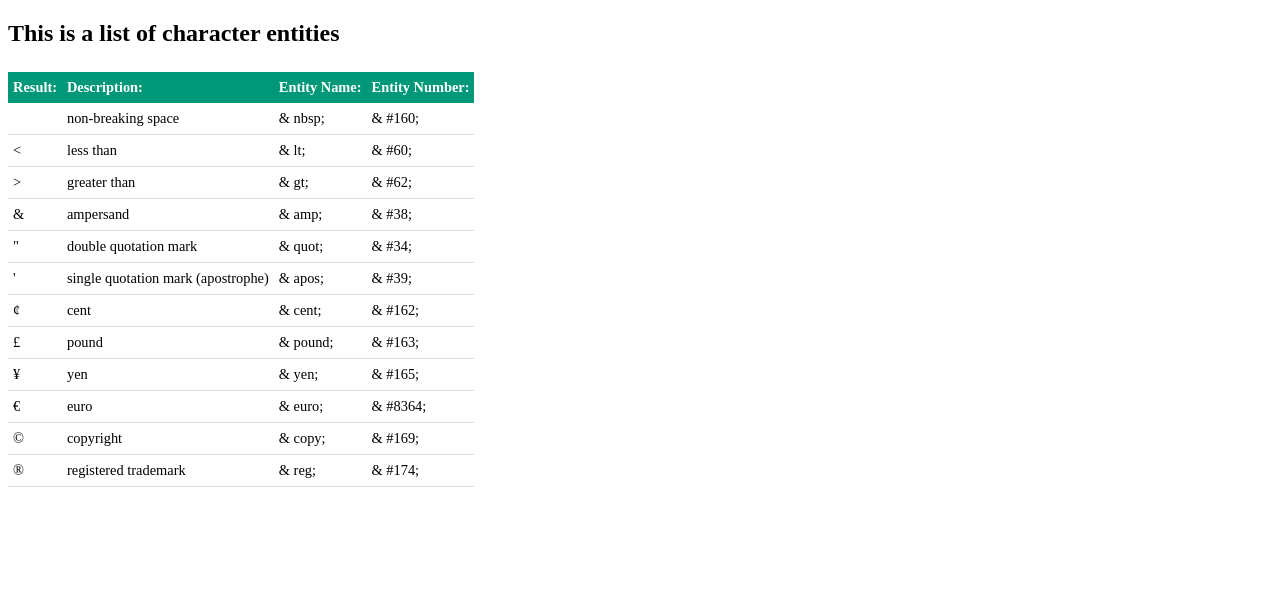
Repository: linas-dev/HTML-CSS-Projects
Page: Basic_HTML_and_CSS/Basic_HTML_5.html
The author's editor kept a copy of each file at every save. The page is drawn from the files as they stood at one save, then again after the next save.
The browser window is 1280 px wide. The pictures show the whole page.

Above is the page before, as saved 2021-05-30 11:15:56.

### Basic_HTML_and_CSS/Basic_HTML_5.html
<!DOCTYPE html>
<html lang="en">
<head>
    <meta charset="UTF-8">
    <meta http-equiv="X-UA-Compatible" content="IE=edge">
    <meta name="viewport" content="width=device-width, initial-scale=1.0">
    <link rel="stylesheet" href="Basic_CSS_2.css">
    <title>Document</title>
</head>
<body>

    <h2>This is a list of character entities</h2>

    <table class="table">
        <thead>
            <td>Result:</td>
            <td>Description: </td>
            <td>Entity Name:</td>
            <td>Entity Number:</td>
        </thead>
        <tbody>
            <tr>
                <td></td>
                <td>non-breaking space</td>
                <td>& nbsp;</td>
                <td>& #160;</td>
            </tr>
            <tr>
                <td><</td>
                <td>less than</td>
                <td>& lt;</td>
                <td>& #60;</td>
            </tr>
            <tr>
                <td>></td>
                <td> greater than</td>
                <td> & gt;</td>
                <td> & #62;</td>
            </tr>
            <tr>
                <td>&</td>
                <td> ampersand</td>
                <td> & amp;</td>
                <td> & #38;</td>
            </tr>
            <tr>
                <td>"</td>
                <td> double quotation mark</td>
                <td> & quot;</td>
                <td> & #34;</td>
            </tr>
            <tr>
                <td>'</td>
                <td> single quotation mark (apostrophe)</td>
                <td> & apos;</td>
                <td> & #39;</td>
            </tr>
            <tr>
                <td>¢</td>
                <td> cent</td>
                <td> & cent;</td>
                <td> & #162;</td>
            </tr>
            <tr>
                <td>£</td>
                <td> pound</td>
                <td> & pound;</td>
                <td> & #163;</td>
            </tr>
            <tr>
                <td>¥</td>
                <td> yen</td>
                <td> & yen;</td>
                <td> & #165;</td>
            </tr>
            <tr>
                <td>€</td>
                <td> euro</td>
                <td> & euro;</td>
                <td> & #8364;</td>
            </tr>
            <tr>
                <td>©</td>
                <td> copyright</td>
                <td> & copy;</td>
                <td> & #169;</td>
            </tr>
            <tr>
                <td>®</td>
                <td> registered trademark</td>
                <td> & reg;</td>
                <td> & #174;</td>
            </tr>
        </tbody>
    </table>

</body>
</html>

### Basic_HTML_and_CSS/Basic_CSS_2.css
p {
    color: #2E5757;
    background: #F0DFEE;
    font-weight: bolder;
    text-align: right;
}

.table {
    border-collapse: collapse;
    margin: 25px 0;
    font-size: 0.9em;
    min-width: 400px;
}

.table thead tr {
    background-color: #009879;
    color: #fff;
    text-align: left;
    font-weight: bold;
}

.table th, .table td {
    padding: 7px 5px;
}

.table tbody tr {
    border-bottom: 1px solid #dddddd;
}

After the next save:
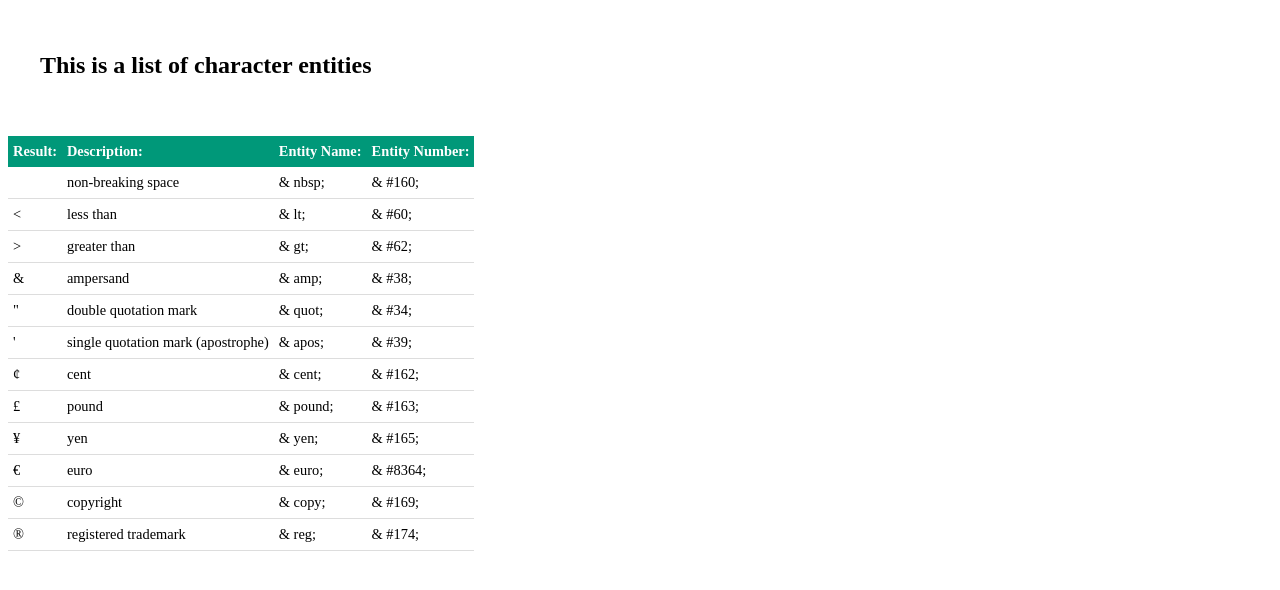
Saved 3 min 7 s later.
--- a/Basic_HTML_and_CSS/Basic_CSS_2.css
+++ b/Basic_HTML_and_CSS/Basic_CSS_2.css
@@ -1,8 +1,5 @@
-p {
-    color: #2E5757;
-    background: #F0DFEE;
-    font-weight: bolder;
-    text-align: right;
+h2 {
+    padding: 2rem;
 }
 
 .table {
